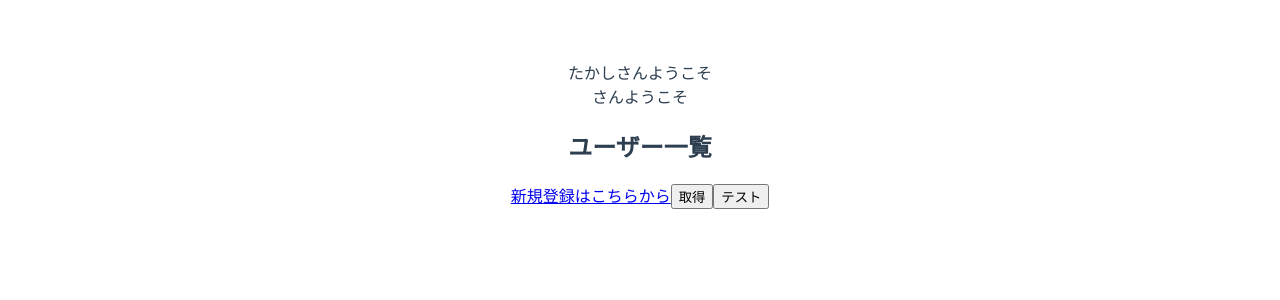
Repository: daisukey623/authentication
Page: /
These files come from the project's save history. The page is drawn as it stood at one moment and after the next save; the edit follows.
The browser window is 1280 px wide. The pictures show the whole page.
The project was rebuilt for these pictures with package versions that can differ from the ones it lists, and the page was loaded fresh each time. Also part of the build but not shown: src/views/Login.vue, src/views/Register.vue.

Above is the page before, as saved 2021-05-23 13:29:22.

After the next save:
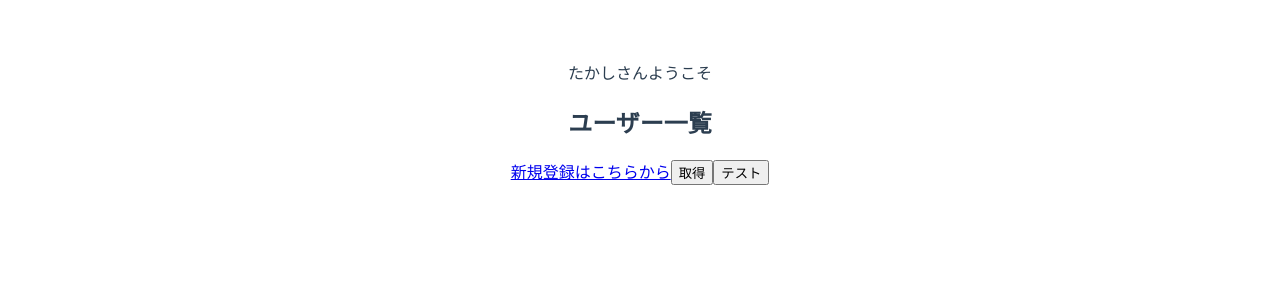
Saved 8 s later.
--- a/src/views/Dashboard.vue
+++ b/src/views/Dashboard.vue
@@ -1,7 +1,6 @@
 <template>
   <div>
     <div>{{ userName }}さんようこそ</div>
-    <div>{{ self }}さんようこそ</div>
     <h2>ユーザー一覧</h2>
     <router-link to="/register">新規登録はこちらから</router-link>
     <button @click="getUser()">取得</button>
